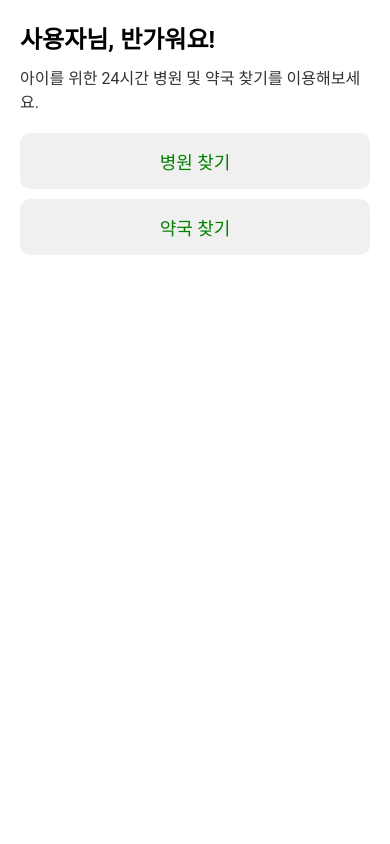
Repository: Sesac-icare/FrontEndiCare
Screen: / (app in iCare/)
These files come from the project's save history. The screen is drawn as it stood at one moment and after a run of saves; the edit follows.
The app was drawn by React Native's web renderer in a window 390 px wide. The project was rebuilt for these pictures with package versions that can differ from the ones it lists, and the page was loaded fresh each time. Some packages were replaced by stand-ins written for this rebuild.

Above is the screen before, as saved 2025-02-04 16:00:45.

After the next 2 saves:
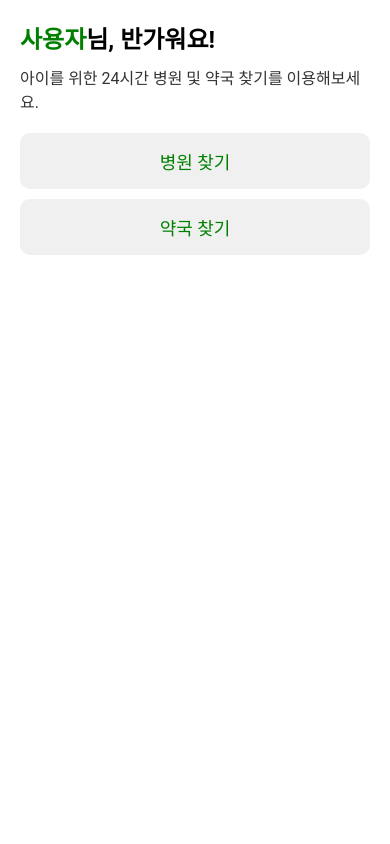
The 2 saves are shown as one change because they came seconds apart.
The last was saved 28 s later.
--- a/iCare/App.js
+++ b/iCare/App.js
@@ -63,14 +63,24 @@ export default function App() {
 
   return (
     <View style={styles.container} onLayout={onLayoutRootView}>
-      <Text
-        style={[
-          styles.title,
-          { fontFamily: Platform.OS === "ios" ? "System" : "Roboto" }
-        ]}
-      >
-        사용자님, 반가워요!
-      </Text>
+      <View style={styles.titleContainer}>
+        <Text
+          style={[
+            styles.titleGreen,
+            { fontFamily: Platform.OS === "ios" ? "System" : "Roboto" }
+          ]}
+        >
+          사용자
+        </Text>
+        <Text
+          style={[
+            styles.title,
+            { fontFamily: Platform.OS === "ios" ? "System" : "Roboto" }
+          ]}
+        >
+          님, 반가워요!
+        </Text>
+      </View>
       <Text
         style={[
           styles.subtitle,
@@ -109,6 +119,15 @@ const styles = StyleSheet.create({
     backgroundColor: "#fff",
     padding: 20
   },
+  titleContainer: {
+    flexDirection: "row"
+  },
+  titleGreen: {
+    fontSize: 24,
+    fontWeight: "bold",
+    color: "green"
+    // fontFamily: "NotoSansKR" // 주석 처리
+  },
   title: {
     fontSize: 24,
     fontWeight: "bold",
